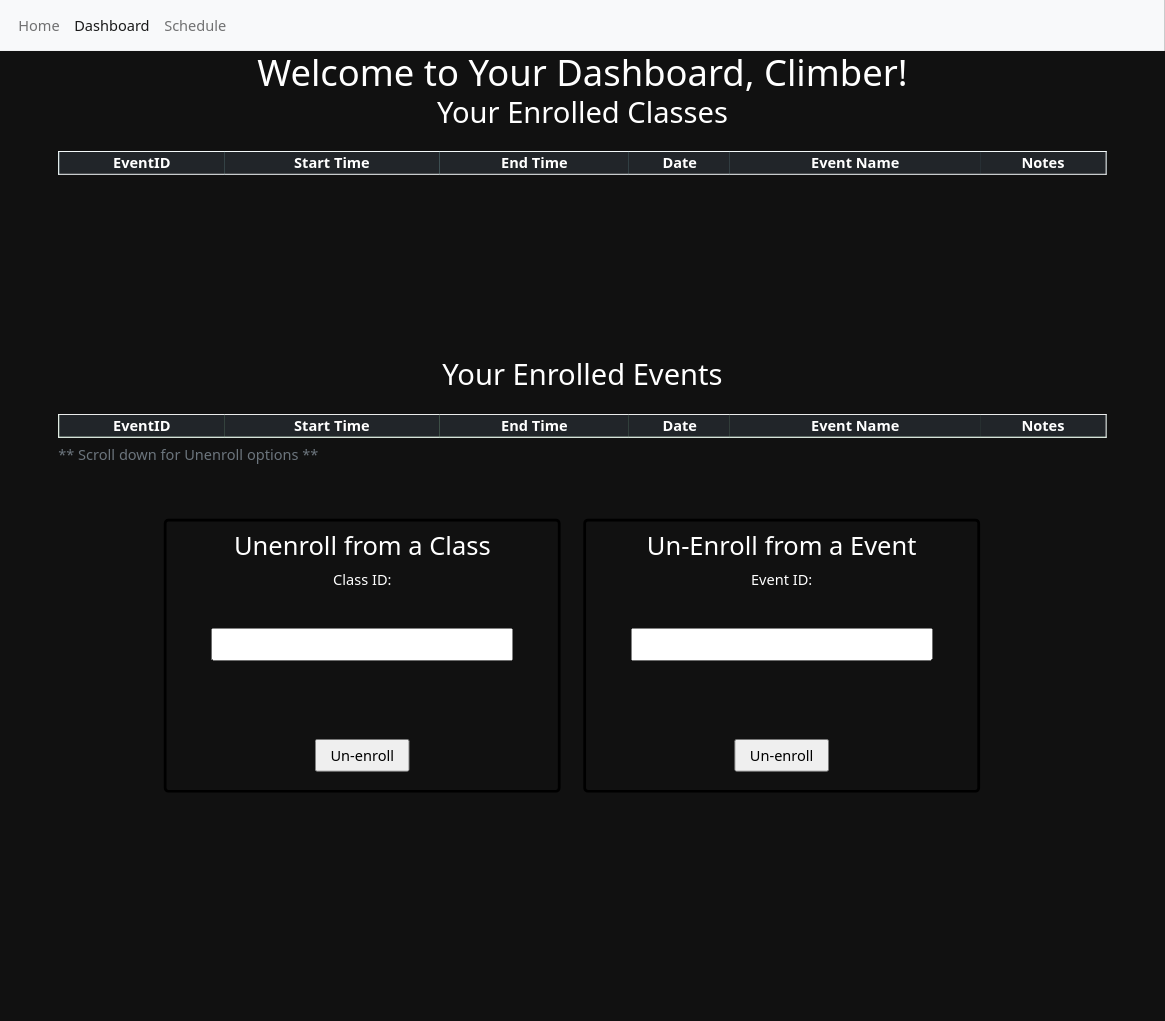
Repository: jennefercampoverde/Rock-Climb-Up
Page: http://localhost/Climberdashboard.php
These files come from the project's save history. The page is drawn as it stood at one moment and after the next save; the edit follows.
The browser window is 1280 px wide. The pictures show the whole page, at 91% of full size.
The page is run by PHP 8.4 with error messages shown; the project is at /var/www/html/. Queries for data that is not in the repository find no rows.

Above is the page before, as saved 2024-12-08 00:37:14.

### Climberdashboard.php
 <!--show schedule-->
 <DOCTYPE HTML>
<html>
<head>
  <meta charset="utf-8">
  <meta name="viewport" content="width=device-width, initial-scale=1">
  <title> </title>
  <link rel="stylesheet" type="text/css" href="style.css">
  <link href="https://cdn.jsdelivr.net/npm/bootstrap@5.2.3/dist/css/bootstrap.min.css" rel="stylesheet" integrity="sha384-rbsA2VBKQhggwzxH7pPCaAqO46MgnOM80zW1RWuH61DGLwZJEdK2Kadq2F9CUG65" crossorigin="anonymous">
</head>
<body id="home" >
<nav class="navbar navbar-expand-lg bg-light">
    <div class="container-fluid">
    <button class="navbar-toggler" type="button" data-bs-toggle="collapse" data-bs-target="#navbarNavAltMarkup" aria-controls="navbarNavAltMarkup" aria-expanded="false" aria-label="Toggle navigation">
      <span class="navbar-toggler-icon"></span>
    </button>
    <div class="collapse navbar-collapse" id="navbarNavAltMarkup">
      <div class="navbar-nav">
        <a class="nav-link " aria-current="page" href="index2.html">Home</a>
        <a class="nav-link active" href="Climberdashboard.html">Dashboard</a>
        <a class="nav-link" href="schedule.html">Schedule</a>

      </div>
    </div>
  </div>
</nav>
<div id="allText">
<h1 class="headers">Welcome to Your Dashboard, Climber!</h1>
<div id="1" class="scroll">
<h2 class="tableHeaders"> Your Enrolled Classes </h2>
<table class="tablesFormatClasses">
  <br>
    <thead>
    <tr class="bg-dark text-white">
      <th>EventID</th>
      <th> Start Time</th>
      <th> End Time</th>
      <th> Date</th>
      <th>Event Name</th>
      <th>Notes</th>
    </tr>
    </thead>
    <tbody>

<?php
//find events user register for


$servername="localhost";
$username="root";
$password= "";
$database= "SEProject2";
$conn=new mysqli($servername, $username, $password, $database);


//check connection
if($conn->connect_error){
   die("Connection failed" . $conn->connect_error);
   }
 else{

$userID=1;

$findUserEvents="SELECT * FROM Classes WHERE UserID='$userID'";
 $result=$conn->query($findUserEvents);

 if($result->num_rows>0){
   while($row = $result->fetch_assoc()) {
   echo "<tr>
   <td>" . $row['ClassID'] . "</td>
   <td>". $row['StartTime'] . "</td>
   <td>".$row['EndTime'] . "</td>
   <td>".$row['Date']. "</td>
   <td>". $row['ClassName']."</td>
   <td>". $row['Difficulty']."</td>
   </tr>";

}
 }
}
 ?>
 </tbody>
</table>
</div>

<div >
  <h2 class="tableHeaders"> Your Enrolled Events </h2>
  <table class="tablesFormatEvents">
  <br>
    <thead>
    <tr class="bg-dark text-white">
      <th>EventID</th>
      <th> Start Time</th>
      <th> End Time</th>
      <th> Date</th>
      <th>Event Name</th>
      <th>Notes</th>
    </tr>
    </thead>
    <tbody>

 <?php

 $findUserClasses="SELECT * FROM Events WHERE UserID='$userID'";
 $output=$conn ->query($findUserClasses);

 if($output->num_rows>0)
 {
  while($instance=$output->fetch_assoc()){
    echo "<tr>
    <td>".$instance['EventID'] . "</td>
    <td>".$instance['Date']. "</td>
   <td>".$instance['StartTime'] . "</td>
   <td>".$instance['EndTime'] . "</td>
   <td>".$instance['EventName']."</td>
   <td>".$instance['Notes']."</td>
   </tr>";
    }
 }


 //if they press enroll
 //if they press unenroll button
 //if they press logout button do session_destroy(); and redirect to the index.php

?>

</tbody>
<caption id="scrollDownTextUnenroll"> ** Scroll down for Unenroll options **</caption>
</table>

</div>


<!----- Forms-->
<div id="2" class="scroll-animation">

<table class="tablesFormatForms">
    <tr>
      <td>
  <div id="unEnrollClassContainer" class="dashboardContainers">
    <h3> Unenroll from a Class </h3>
    <form id="classForm" action="POST">
      <label for="classID">Class ID: </label><br>
      <input type="text" id="classID"><br><br>
      <br> <input type="Submit" name="enrollUserClass" value="Un-enroll">
    </form>
  </div>
</td>
<td>
    <div id="enrollContainer" class="dashboardContainers">
    <h3> Un-Enroll from a Event </h3>
    <form id="eventForm" action="POST">
       <label for="eventID">Event ID: </label><br>
      <input type="text" id="eventID"><br><br>
      <br> <input type="Submit" name="enrollUserEvent" value="Un-enroll">
    </form>
  </div>
</td>
</tr>
</table>
</div>

<script src="https://cdn.jsdelivr.net/npm/bootstrap@5.2.3/dist/js/bootstrap.bundle.min.js" integrity="sha384-kenU1KFdBIe4zVF0s0G1M5b4hcpxyD9F7jL+jjXkk+Q2h455rYXK/7HAuoJl+0I4" crossorigin="anonymous"></script>
	<script src="script.js"> </script>
</body>
</html>
</DOCTYPE>
<?php


if(isset($_POST['enrollUserEvent'])){

}
else if(isset($_POST['enrollUserClass'])){

}
?>

### style.css


#ClimberHeader,.tableHeaders, .headers
{
    margin: auto;
    text-align: center;

}

.tablesFormatClasses{
    border: 1px solid;
    text-align: center;
    width: 100%;
    background-color: #96D4D4;

}
.tablesFormatEvents{
    border: 1px solid;
    text-align: center;
    width: 100%;
    background-color: #96D4A4;
}

.tablesFormatForms {
  border: 1px solid;
  text-align: center;
  margin-top:50px;
  border:none;
  width: 80%;
  border-collapse: collapse;
  margin-left:10%;
  margin-right:10%;
}

.tablesFormatForms td {
  width: 33%;
  vertical-align: top;
}

.dashboardContainers {
  height: auto;
  width: 95%;
  padding: 10px;
  border:3px solid black;
  border-radius:5px;
  text-align: center;
}

.tablesFormatClasses tr:hover, .tablesFormatEvents tr:hover, .tablesFormatUsers tr:hover{
    background-color:  #D6EEEE;
}

.tablesFormatForms tr{
  width:100%;
}

.tablesFormatUsers{
    border: 1px solid;
    text-align: center;
    width: 100%;
    background-color: #B660A4;
}

.dashboardContainers form {
  width: 90%; /* Uniform width for all forms */
  margin: 0 auto; /* Center the forms */
}

.dashboardContainers label, .dashboardContainers input {
  display: block; /* Stack form elements vertically */
  width: 90%; /* Consistent width for labels and inputs */
  margin: 10px auto; /* Add spacing and center the elements */
  box-sizing: border-box;
}

.dashboardContainers input[type="text"] {
  padding: 5px; /* Add padding for better appearance */
}

.dashboardContainers input[type="submit"] {
  width: auto; /* Adjust button width automatically */
  padding: 5px 15px;
  cursor: pointer;
}

.staff {
  width:50%;
  height:50%;
}

.tablesFormatStaff {
  text-align: center;
  margin-top:50px;
  border:none;
  width: 80%;
  border-collapse: collapse;
  margin-left:10%;
  margin-right:10%;
}

.tablesFormatStaff td {
  width: 33%;
  vertical-align: top;
}

.staffContainers {
  height: auto;
  width: 95%;
  padding: 10px;
  border-radius:5px;
  text-align: center;
}

#home {
  background-color:#111;
  color:white;
}

#allText {
  margin-right:5%;
  margin-left:5%;
}

#allText div p {
	font-size:24px;
}

.scroll {
	scroll-snap-align:center;
	text-align:center;
	flex:none;
	margin-bottom:200px;
}

.scroll-animation {
	scroll-snap-align:center;
	text-align:center;
	flex:none;
	margin-bottom:250px;
	opacity: 0;
	transform: translateY(20px); /* Example animation: Slide up from bottom */
	transition: opacity 0.5s ease, transform 0.5s ease;
}

.scroll-animation.is-visible {

  opacity: 1;

  transform: translateY(0);

}

.test {
	border:none;
}

/* Dropdown Button */
.dropbtn {
  background-color: #3498DB;
  color: white;
  padding: 10px;
  font-size: 16px;
  border: none;
  cursor: pointer;
}

/* Dropdown button on hover & focus */
.dropbtn:hover, .dropbtn:focus {
  background-color: #2980B9;
}

/* The container <div> - needed to position the dropdown content */
.dropdown {
  position: relative;
  display: inline-block;
}

/* Dropdown Content (Hidden by Default) */
.dropdown-content {
  display: none;
  position: absolute;
  background-color: #f1f1f1;
  min-width: 160px;
  box-shadow: 0px 8px 16px 0px rgba(0,0,0,0.2);
  z-index: 1;
}

/* Links inside the dropdown */
.dropdown-content a {
  color: black;
  padding: 12px 16px;
  text-decoration: none;
  display: block;
}

/* Change color of dropdown links on hover */
.dropdown-content a:hover {
  background-color: #ddd;
}

/* Show the dropdown menu (use JS to add this class to the .dropdown-content container when the user clicks on the dropdown button) */
.show {
  display:block;
}

### script.js
const elementsToAnimate = document.querySelectorAll('.scroll-animation'); // Select elements with 'scroll-animation' class

function handleScroll() {
  elementsToAnimate.forEach(element => {
    const rect = element.getBoundingClientRect();

    if (rect.top >= window.innerHeight * 0.8 || rect.bottom <= 0.5) {
      // Remove 'is-visible' class when element is out of view
      element.classList.remove('is-visible');
    } else {
      // Add 'is-visible' class when element is in view
      element.classList.add('is-visible');
    }
  });
}

window.addEventListener('scroll', handleScroll);


/* When the user clicks on the button,
toggle between hiding and showing the dropdown content */
function enrollUser() {
  document.getElementById("myDropdown").classList.toggle("show");
}

// Close the dropdown menu if the user clicks outside of it
window.onclick = function(event) {
  if (!event.target.matches('.dropbtn')) {
    var dropdowns = document.getElementsByClassName("dropdown-content");
    var i;
    for (i = 0; i < dropdowns.length; i++) {
      var openDropdown = dropdowns[i];
      if (openDropdown.classList.contains('show')) {
        openDropdown.classList.remove('show');
      }
    }
  }
}

After the next save:
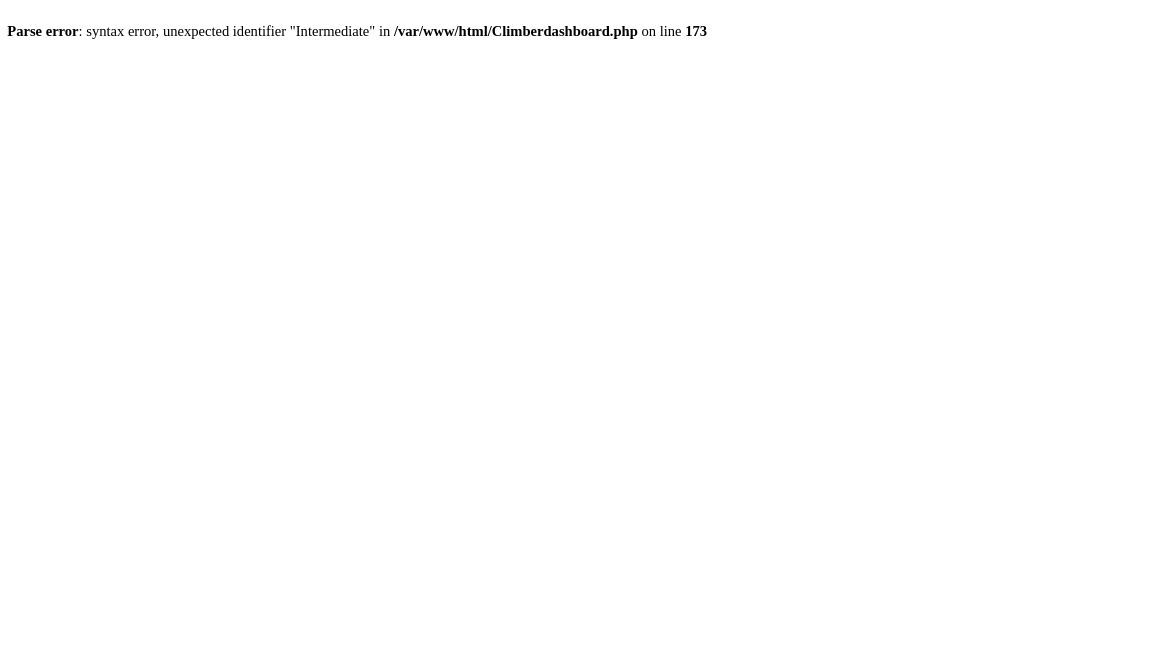
Saved 112 s later.
--- a/Climberdashboard.php
+++ b/Climberdashboard.php
@@ -170,9 +170,12 @@ $findUserEvents="SELECT * FROM Classes WHERE UserID='$userID'";
 
 
 if(isset($_POST['enrollUserEvent'])){
+$AddEvent="UPDATE classes SET Difficulty = "Intermediate" WHERE ClassID = '$classIDProvided'";
 
 }
 else if(isset($_POST['enrollUserClass'])){
+  $AddClass="UPDATE classes SET Difficulty = "Intermediate" WHERE ClassID = '$classIDProvided'";
 
 }
+$conn->close();
 ?>
